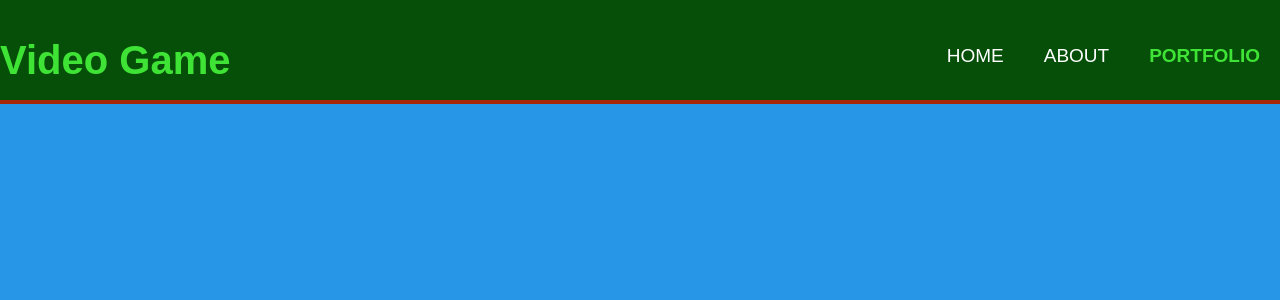
Repository: AndreeBroG/AndreeBroG.github.io
Page: Portfolio.html
The author's editor kept a record of every edit. The page is drawn from the files as they stood at one moment, then again after the next edit.
The browser window is 1280 px wide. The pictures show the whole page.

Above is the page before.

After the next edit:
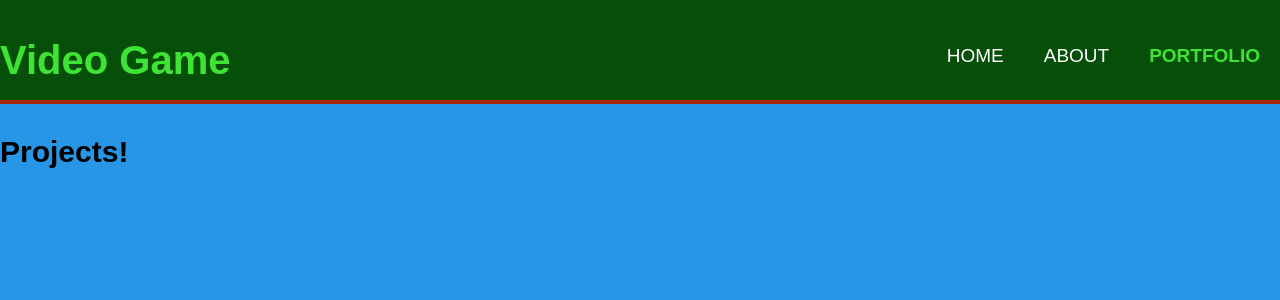
The edit:
--- a/Portfolio.html
+++ b/Portfolio.html
@@ -22,7 +22,7 @@
               </nav>
               </div>
             </header>
-
+            <h2>Projects!</h2>
             <section id="box">
                 <div class="container">
 
